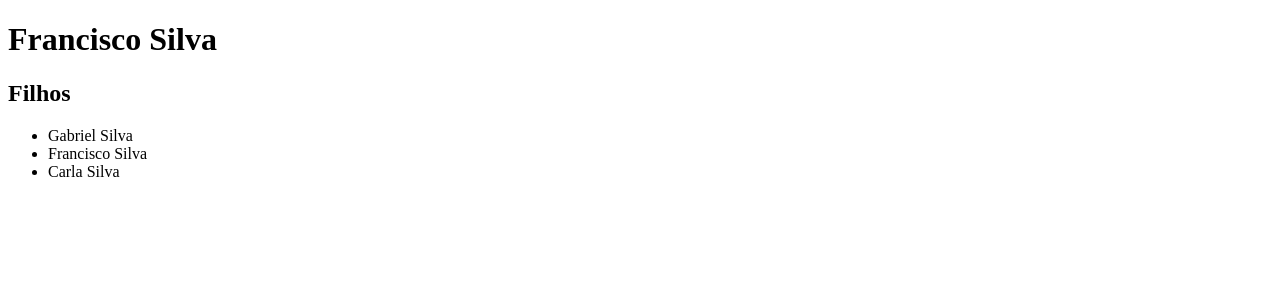
Repository: eversonps/react-fundamentos
Page: / (app in v2/exercicios/)
These files come from the project's save history. The page is drawn as it stood at one moment and after the next save; the edit follows.
The browser window is 1280 px wide. The pictures show the whole page.
The project was rebuilt for these pictures with package versions that can differ from the ones it lists, and the page was loaded fresh each time.

Above is the page before, as saved 2022-03-21 15:58:21.

After the next save:
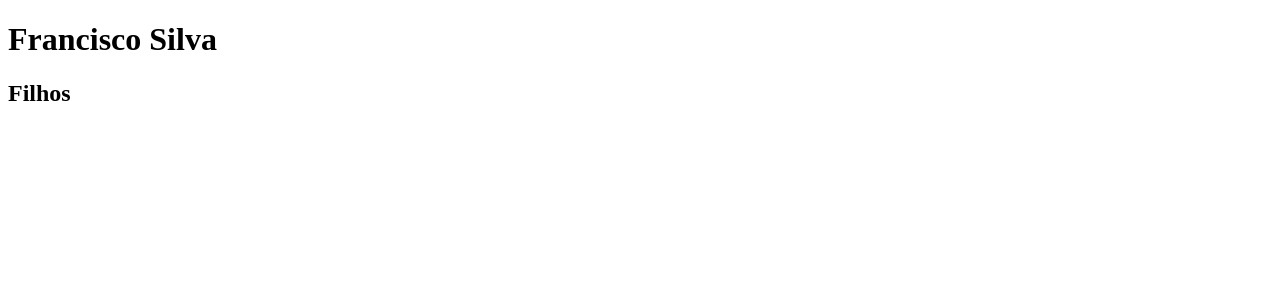
Saved 2 min 15 s later.
--- a/v2/exercicios/src/componentes/Pai.jsx
+++ b/v2/exercicios/src/componentes/Pai.jsx
@@ -1,14 +1,11 @@
 import React from "react";
-import Filho from "./Filho";
 
 export default props => (
     <div>
         <h1>{props.nome} {props.sobrenome}</h1>
         <h2>Filhos</h2>
         <ul>
-            <Filho nome="Gabriel" sobrenome="Silva"></Filho>
-            <Filho {...props}></Filho>
-            <Filho {...props} nome="Carla"></Filho>
+
         </ul>
     </div>
 
